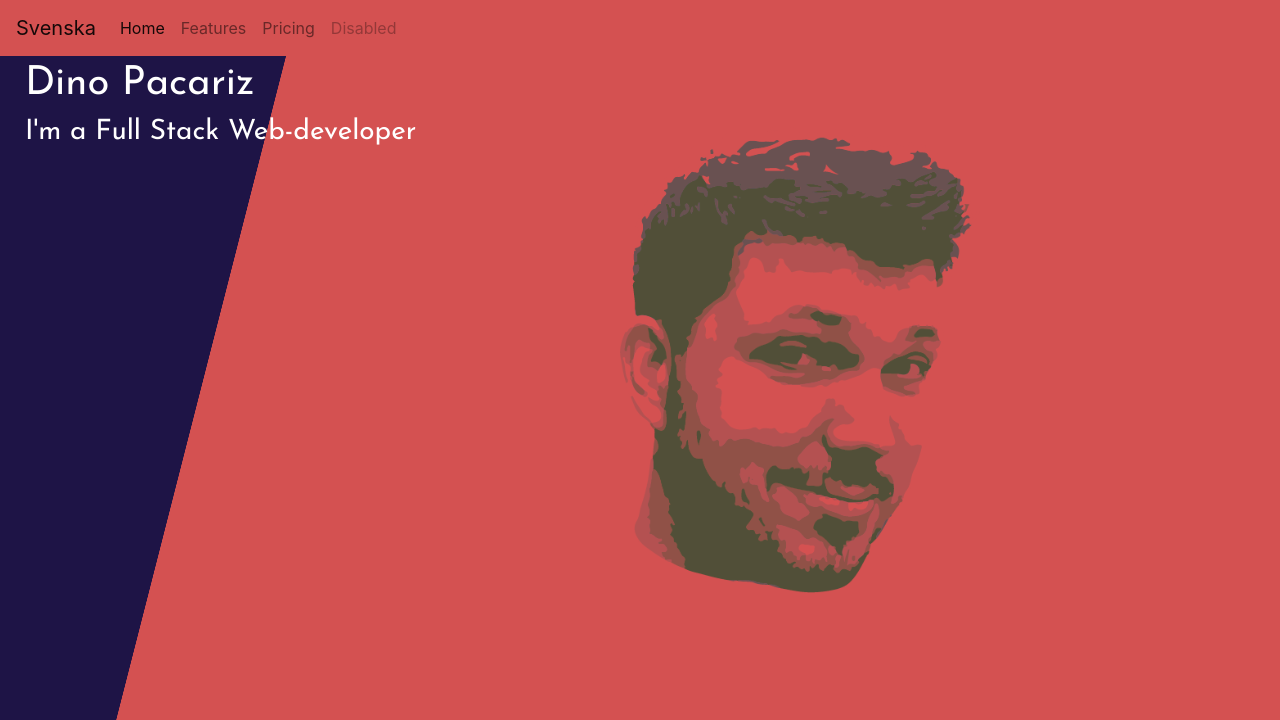
Repository: ImDino/Portfolio
Page: index.html
These files come from the project's save history. The page is drawn as it stood at one moment and after the next save; the edit follows.
The browser window is 1280 px wide. The pictures show the whole page.
Some web libraries are served in a nearby version. The style sheet was rebuilt from its Sass, Less or Tailwind sources for each picture, by a compiler version that may differ from the author's.

Above is the page before, as saved 2020-11-04 13:01:27.

### index.html
<!DOCTYPE html>
<html lang="en">
<head>
    <meta charset="UTF-8">
    <meta name="viewport" content="width=device-width, initial-scale=1.0">
    <link rel="stylesheet" href="https://cdn.jsdelivr.net/npm/bootstrap@4.5.3/dist/css/bootstrap.min.css" integrity="sha384-TX8t27EcRE3e/ihU7zmQxVncDAy5uIKz4rEkgIXeMed4M0jlfIDPvg6uqKI2xXr2" crossorigin="anonymous">
    <link href="https://fonts.googleapis.com/css2?family=Josefin+Sans&display=swap" rel="stylesheet">

    <script src="https://code.jquery.com/jquery-3.5.1.slim.min.js" integrity="sha384-DfXdz2htPH0lsSSs5nCTpuj/zy4C+OGpamoFVy38MVBnE+IbbVYUew+OrCXaRkfj" crossorigin="anonymous"></script>
    <script src="https://cdn.jsdelivr.net/npm/bootstrap@4.5.3/dist/js/bootstrap.bundle.min.js" integrity="sha384-ho+j7jyWK8fNQe+A12Hb8AhRq26LrZ/JpcUGGOn+Y7RsweNrtN/tE3MoK7ZeZDyx" crossorigin="anonymous"></script>
    <script src="https://cdnjs.cloudflare.com/ajax/libs/gsap/3.5.1/gsap.min.js"></script>
    <script src="/js/main.js"></script>


    <link rel="stylesheet" href="css/main.css">
    <title>Dino's Portfolio</title>
</head>
<body>
    <div id='pseudo-div'></div>
    <nav class="navbar navbar-expand-lg navbar-light bg-light">
        <!-- <a class="navbar-brand" href="#">Navbar</a> -->
        <a class="navbar-brand" id='lang' href="#">Svenska</a>
        <button class="navbar-toggler" type="button" data-toggle="collapse" data-target="#navbarNav" aria-controls="navbarNav" aria-expanded="false" aria-label="Toggle navigation">
          <span class="navbar-toggler-icon"></span>
        </button>
        <div class="collapse navbar-collapse" id="navbarNav">
          <ul class="navbar-nav">
            <li class="nav-item active">
              <a class="nav-link" href="#">Home <span class="sr-only">(current)</span></a>
            </li>
            <li class="nav-item">
              <a class="nav-link" href="#">Features</a>
            </li>
            <li class="nav-item">
              <a class="nav-link" href="#">Pricing</a>
            </li>
            <li class="nav-item">
              <a class="nav-link disabled" href="#" tabindex="-1" aria-disabled="true">Disabled</a>
            </li>
          </ul>
        </div>
    </nav>
    <div id='purple-div'>
        <div>
            <h1>Dino Pacariz</h1>
            <h3>I'm a Full Stack Web-developer</h3>
        </div>
    </div>
    <div id='face'>
    </div>
</body>
</html>

### js/main.js
document.addEventListener('DOMContentLoaded', () => {
    gsap.from("#purple-div", {duration: 1, x: -1000});
    gsap.from("#face", {duration: 1, opacity: 0});
    gsap.from("#face", {clearProps: 'all', duration: 1, x:100});
    TweenLite.from('#face', {y:20, ease:Linear.easeNone});





    // localStorage.clear()

    /*:::::::START:::::::::
    ::: Refresh Counter :::
    :::::::::::::::::::::*/

    if(localStorage.getItem('refreshCount') == null) {
        localStorage.setItem('refreshCount', 1);
    } else {
        let  localRefreshCount = localStorage.getItem('refreshCount')
        localRefreshCount++;
        localStorage.setItem('refreshCount', localRefreshCount);
    }
    if (parseInt(localStorage.getItem('refreshCount')) > 10) {
        localStorage.setItem('refreshCount', 1);
    }
    console.log('RefreshCount: '+localStorage.getItem('refreshCount'))


    /*::::::::END::::::::::
    ::: Refresh Counter :::
    :::::::::::::::::::::*/
})

### scss/main.scss


body {
    background-color: #D45151;
    color: white;
}

#pseudo-div {
    width: 100%;
    background-color: red;
}

.navbar {
    background-color: #D45151 !important;
    color: white;
}

#purple-div {
    padding-top: 60px;
    position: absolute;
    top: 0;
    bottom: 0;
    left: 0;
    right: 50;
    z-index: -1;
    background: linear-gradient(104.35deg, #1E1446 50%, rgba(255, 255, 255, 0) 50.1%);
    // display: grid;
    // place-content: center left;
    display: flex;
    justify-content: center;

    h1, h3 {
        margin-left: 25px;
        font-family: 'Josefin Sans', sans-serif;

    }
    h1 {
        // font-size: 2em;
    }
}

#face {
    position: fixed;
    top: 0;
    bottom: 0;
    left: 0;
    right: 0;
    margin-right: 300px;
    background: url('/img/vectorFace.png') no-repeat;
    background-color: #D45151;
    z-index: -2;
    background-blend-mode: darken;
    background-size: 50vh;
    background-position: right;
}



/* //TODO
1. Darkmode, ställa in särskilda färger IFALL man är i darkmode? UX baby.

*/

After the next save:
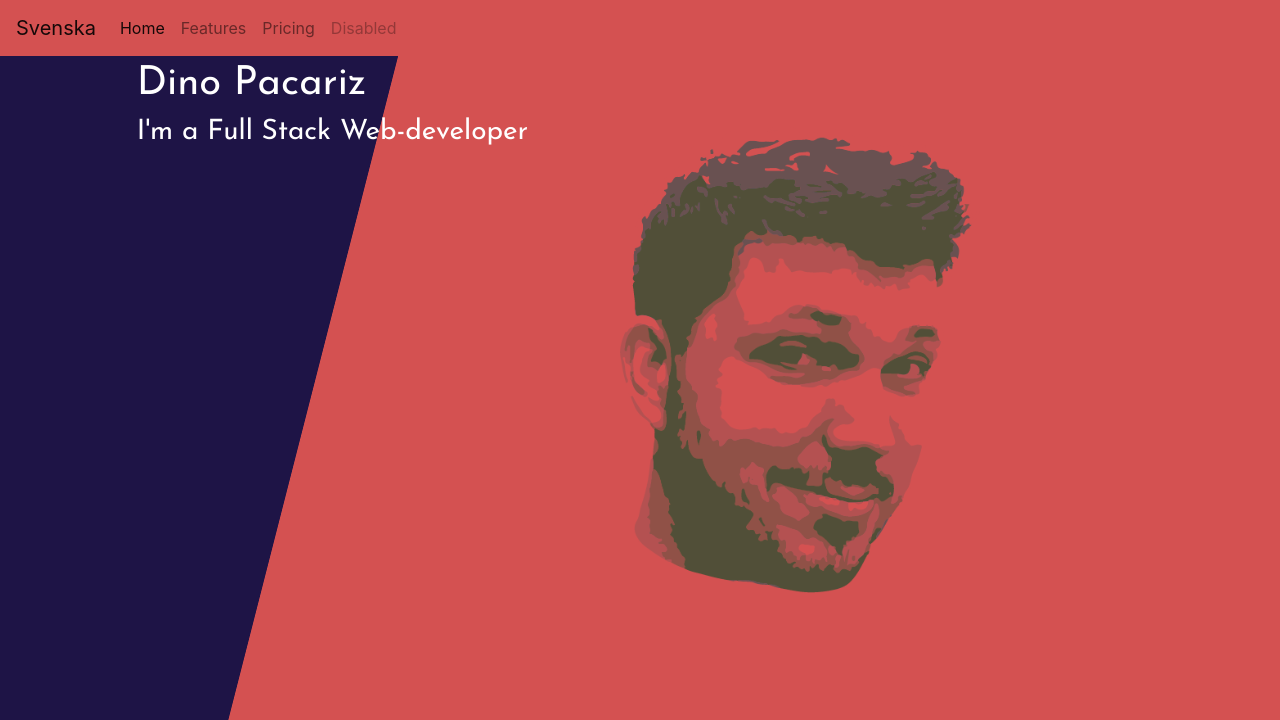
Saved 7 s later.
--- a/scss/main.scss
+++ b/scss/main.scss
@@ -21,7 +21,7 @@ body {
     top: 0;
     bottom: 0;
     left: 0;
-    right: 50;
+    right: 50%;
     z-index: -1;
     background: linear-gradient(104.35deg, #1E1446 50%, rgba(255, 255, 255, 0) 50.1%);
     // display: grid;
